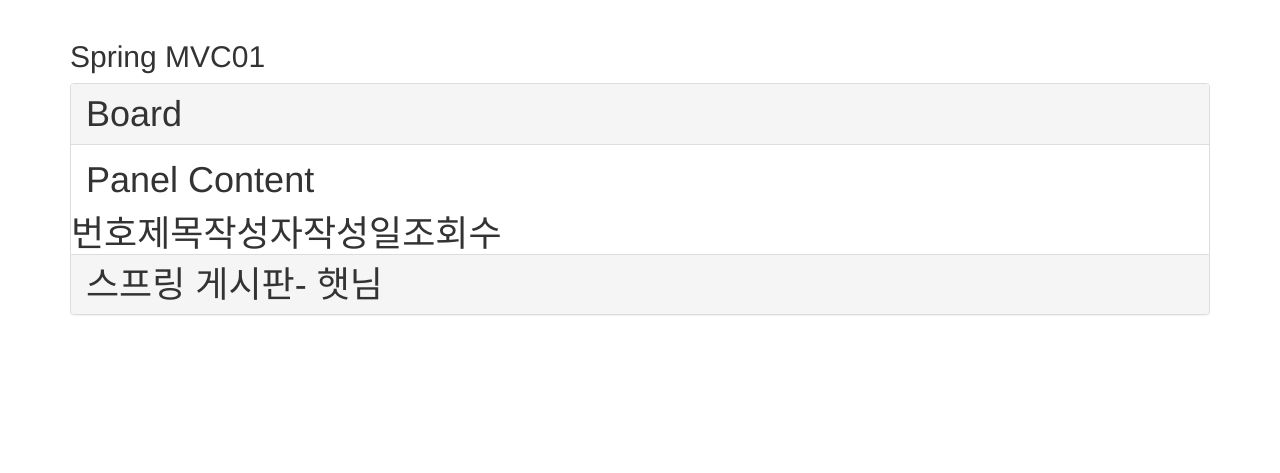
Repository: Hyerim-Ryu/Spring-
Page: http://localhost/SpringMVC01/boardList.do
These files come from the project's save history. The page is drawn as it stood at one moment and after the next save; the edit follows.
The browser window is 1280 px wide. The pictures show the whole page.
The page is served by Tomcat 9.

Above is the page before, as saved 2023-09-05 02:06:16.

After the next save:
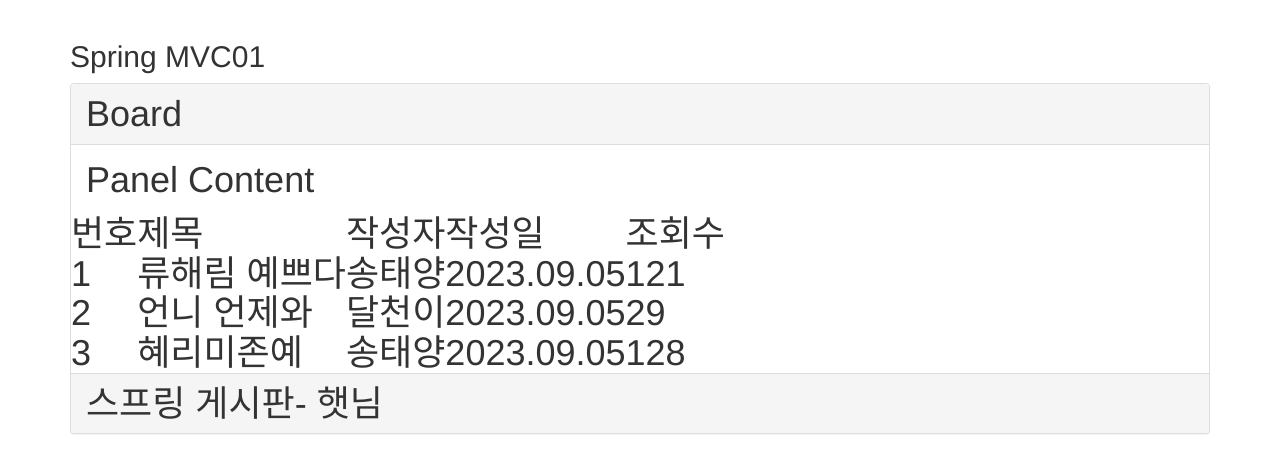
Saved 2 min 23 s later.
--- a/workspace.edu/SpringMVC01/src/main/webapp/WEB-INF/views/boardList.jsp
+++ b/workspace.edu/SpringMVC01/src/main/webapp/WEB-INF/views/boardList.jsp
@@ -25,6 +25,30 @@
 			    			<td>작성일</td>
 			    			<td>조회수</td>
 			    		</tr>
+
+			    		<tr>
+			    			<td>1</td>
+			    			<td>류해림 예쁘다</td>
+			    			<td>송태양</td>
+			    			<td>2023.09.05</td>
+			    			<td>121</td>
+			    		</tr>
+
+			    		<tr>
+			    			<td>2</td>
+			    			<td>언니 언제와</td>
+			    			<td>달천이</td>
+			    			<td>2023.09.05</td>
+			    			<td>29</td>
+			    		</tr>
+
+			    		<tr>
+			    			<td>3</td>
+			    			<td>혜리미존예</td>
+			    			<td>송태양</td>
+			    			<td>2023.09.05</td>
+			    			<td>128</td>
+			    		</tr>
 			    	</table>
 			    <div class="panel-footer">스프링 게시판- 햇님</div>
 		  </div>
